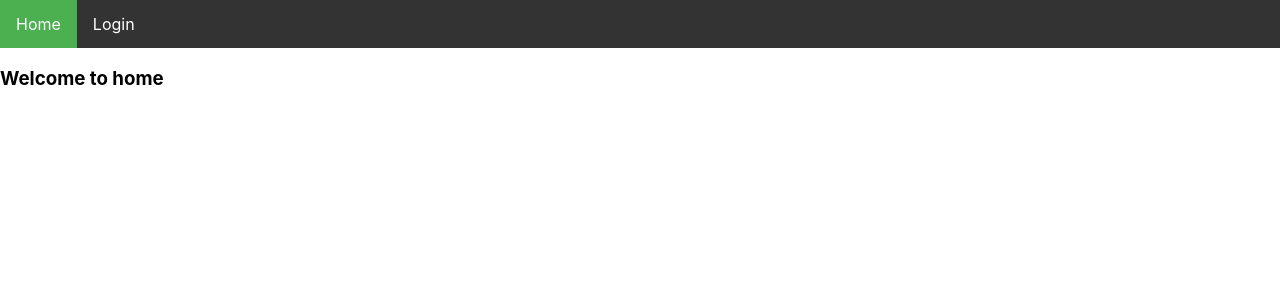
Repository: Vincent-CT/exambase-SPA
Page: /
These files come from the project's save history. The page is drawn as it stood at one moment and after the next save; the edit follows.
The browser window is 1280 px wide. The pictures show the whole page.
The project was rebuilt for these pictures with package versions that can differ from the ones it lists, and the page was loaded fresh each time. Also part of the build but not shown: src/App.css.

Above is the page before, as saved 2019-11-15 13:14:25.

After the next save:
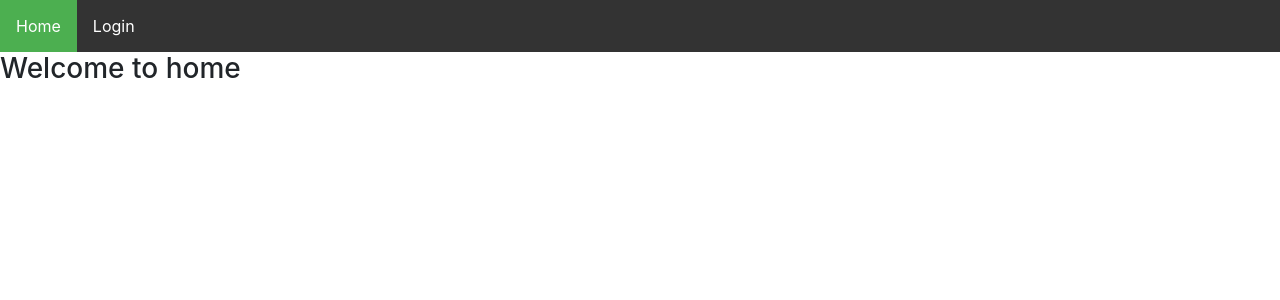
Saved 10 min 9 s later.
--- a/src/App.js
+++ b/src/App.js
@@ -1,6 +1,7 @@
 import "./App.css";
 import React, { useState, useEffect } from "react";
 import facade from "./apiFacade";
+import "bootstrap/dist/css/bootstrap.min.css";
 import {
   Switch,
   Route,
